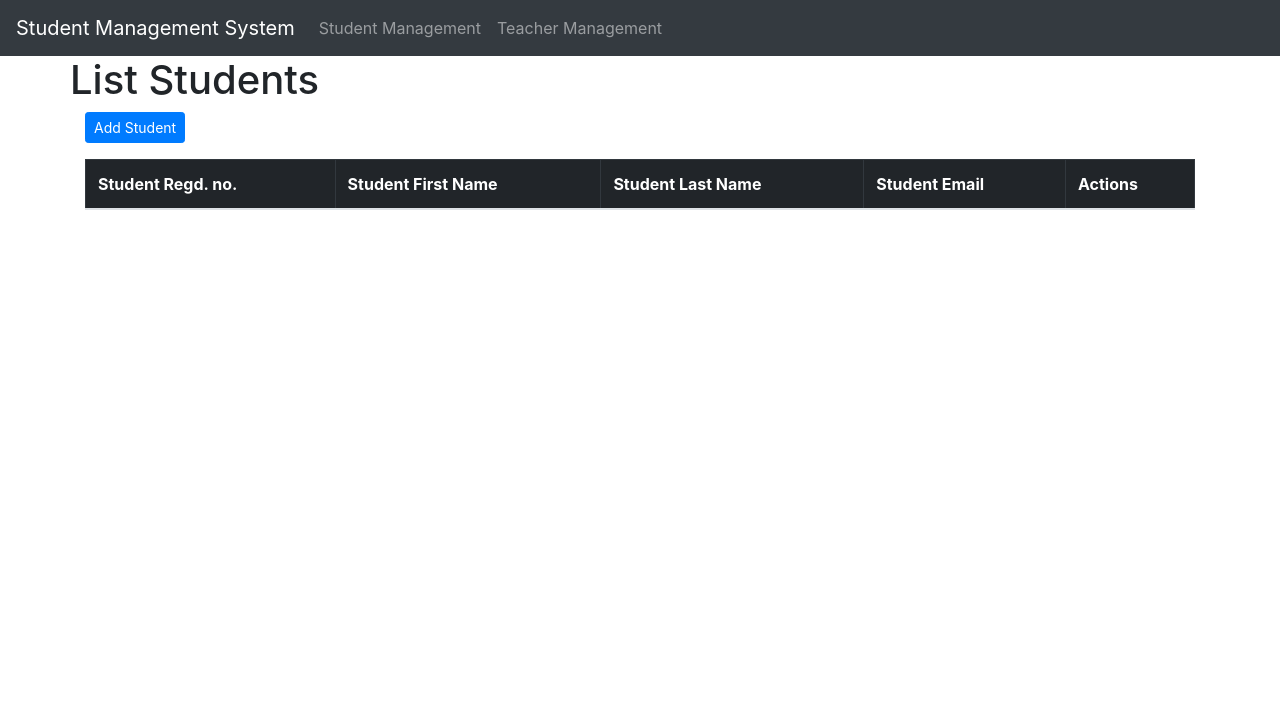
Repository: Luckysenapati/student-management-system
Page: http://localhost/students
An editor plug-in stored every save of this project. The page is shown before and after the next save, followed by the edit.
The browser window is 1280 px wide. The pictures show the whole page.
The page is this project's Thymeleaf template; nobody is signed in. The template is opened directly, without the code that normally fills it, so the values that code supplies are empty.

Above is the page before, as saved 2024-12-22 15:09:01.

After the next save:
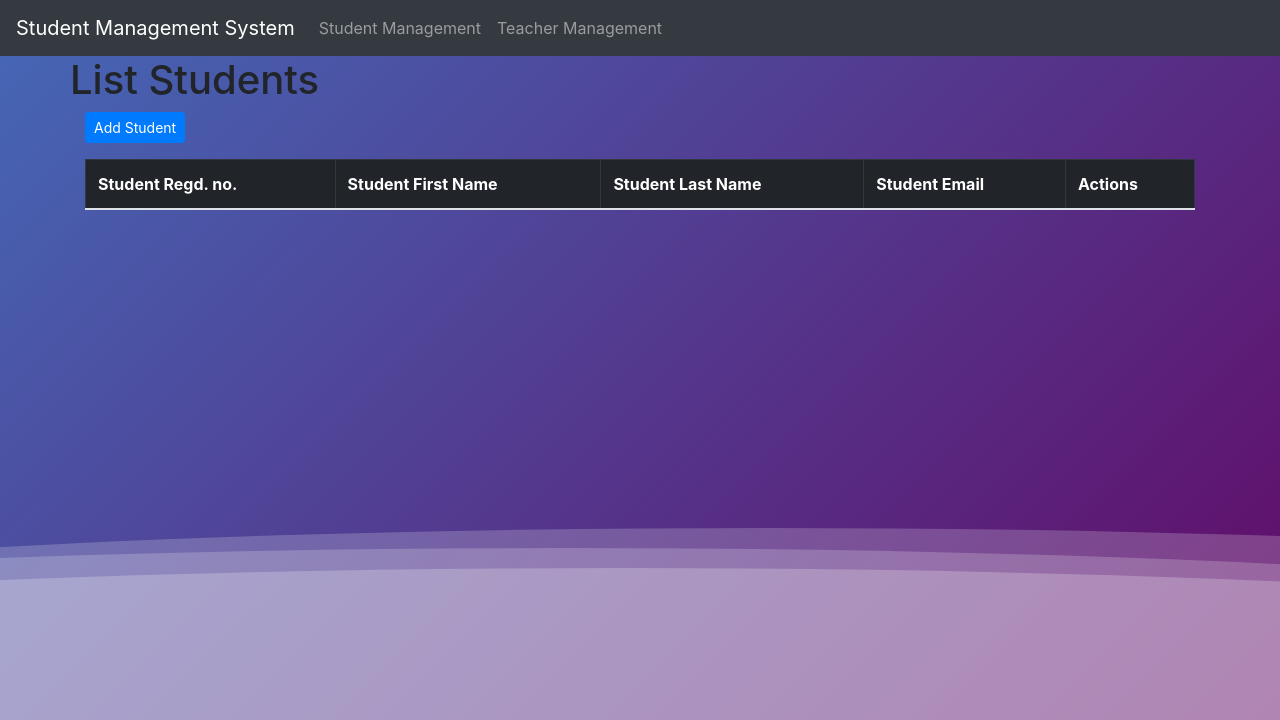
Saved 11 min 5 s later.
--- a/springboot project Gr11/student-management-system/src/main/resources/templates/students.html
+++ b/springboot project Gr11/student-management-system/src/main/resources/templates/students.html
@@ -7,8 +7,84 @@
 	href="https://maxcdn.bootstrapcdn.com/bootstrap/4.0.0/css/bootstrap.min.css"
 	integrity="sha384-Gn5384xqQ1aoWXA+058RXPxPg6fy4IWvTNh0E263XmFcJlSAwiGgFAW/dAiS6JXm"
 	crossorigin="anonymous">
+	<style>
+		body {
+		    margin: auto;
+		    font-family: -apple-system, BlinkMacSystemFont, sans-serif;
+		    overflow: auto;
+		    background: linear-gradient(315deg, rgba(101,0,94,1) 3%, rgba(60,132,206,1) 38%, rgba(48,238,226,1) 68%, rgba(255,25,25,1) 98%);
+		    animation: gradient 15s ease infinite;
+		    background-size: 400% 400%;
+		    background-attachment: fixed;
+		}
+
+		@keyframes gradient {
+		    0% {
+		        background-position: 0% 0%;
+		    }
+		    50% {
+		        background-position: 100% 100%;
+		    }
+		    100% {
+		        background-position: 0% 0%;
+		    }
+		}
+
+		.wave {
+		    background: rgb(255 255 255 / 25%);
+		    border-radius: 1000% 1000% 0 0;
+		    position: fixed;
+		    width: 200%;
+		    height: 12em;
+		    animation: wave 10s -3s linear infinite;
+		    transform: translate3d(0, 0, 0);
+		    opacity: 0.8;
+		    bottom: 0;
+		    left: 0;
+		    z-index: -1;
+		}
+
+		.wave:nth-of-type(2) {
+		    bottom: -1.25em;
+		    animation: wave 18s linear reverse infinite;
+		    opacity: 0.8;
+		}
+
+		.wave:nth-of-type(3) {
+		    bottom: -2.5em;
+		    animation: wave 20s -1s reverse infinite;
+		    opacity: 0.9;
+		}
+
+		@keyframes wave {
+		    2% {
+		        transform: translateX(1);
+		    }
+
+		    25% {
+		        transform: translateX(-25%);
+		    }
+
+		    50% {
+		        transform: translateX(-50%);
+		    }
+
+		    75% {
+		        transform: translateX(-25%);
+		    }
+
+		    100% {
+		        transform: translateX(1);
+		    }
+		}
+	</style>
 </head>
 <body>
+	<div>
+	     <div class="wave"></div>
+	     <div class="wave"></div>
+	     <div class="wave"></div>
+	  </div>
 <nav class="navbar navbar-expand-md bg-dark navbar-dark">
   <!-- Brand -->
   <a class="navbar-brand" href="#">Student Management System</a>
